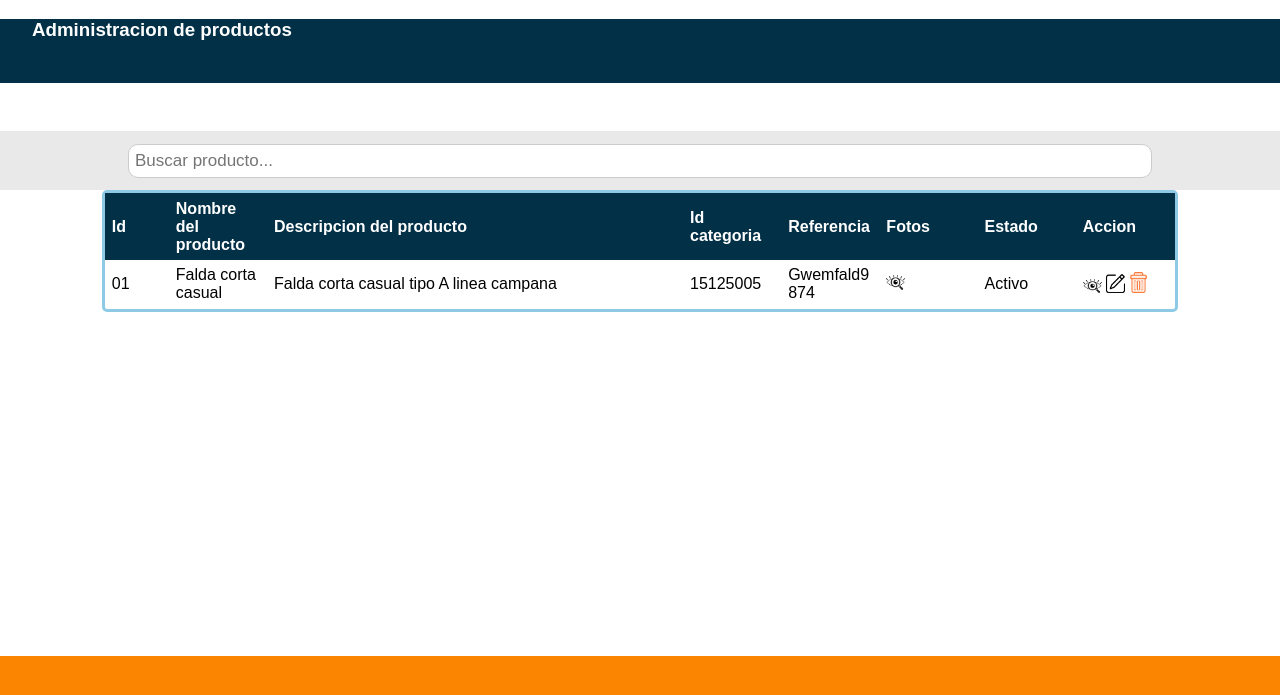
Repository: AlexanderBarona/Proyecto_Ciclo3_Mintic
Page: PaginaWeb/pages/listar_productos.html
An editor plug-in stored every save of this project. The page is shown before and after the next save, followed by the edit.
The browser window is 1280 px wide. The pictures show the whole page.

Above is the page before, as saved 2021-09-30 15:37:19.

### PaginaWeb/pages/listar_productos.html
<!DOCTYPE html>
<html>

   <head>
      <title>Administracion de productos</title>
      <link href="../css/style.css" rel="stylesheet" type="text/css">
      <link href="../css/admin_user.css" rel="stylesheet" type="text/css">
   </head>
   <body class="admin_user">
      <header>
         <h3>Administracion de productos</h3>
      </header>
      <main>
        <div class="TopBar">
            <div class="Search ">
                <input type="text" placeholder="Buscar producto...">
            </div>

        </div>

        <div class="table_principal">
            <table class="table_entity3">

              <tbody class="table_body" >

                  <tr class="table_header" >

                    <td class="table_cell center">Id</td>
                    <td class="table_cell">Nombre del producto</td>
                    <td class="table_cell">Descripcion del producto</td>
                    <td class="table_cell">Id categoria</td>
                    <td class="table_cell">Referencia</td>
                    <td class="table_cell">Fotos</td>
                    <td class="table_cell center">Estado</td>
                    <td class="table_cell center">Accion</td>

                  </tr>

                  <tr >
                    <td class="table_cell center">01</td>
                    <td class="table_cell">Falda corta casual</td>
                    <td class="table_cell ">Falda corta casual tipo A linea campana </td>
                    <td class="table_cell center">15125005</td>
                    <td class="table_cell">Gwemfald9874</td>
                    <td class="table_cell center">
                      <div class="icon_container">
                        <nav>
                          <a href="icon_table">
                            <img class="icon_cell" src="../images/IconRead.ico">
                          </a>

                        </nav>
                    </div>

                    </td>
                    <td class="table_cell center">Activo</td>
                    <td class="table_cell center">
                      <div class="icon_container">
                        <nav>
                          <a href="icon_table">
                            <img class="icon_cell" src="../images/IconRead.ico">
                          </a>
                          <a href="icon_table">
                            <img class="icon_cell" src="../images/IconUpdate.ico">
                          </a>
                          <a href="icon_table">
                            <img class="icon_cell" src="../images/IconDelete.ico">
                          </a>
                        </nav>
                    </div>

                    </td>
                  </tr>

              </tbody>
            </table>
        </div>
      </main>
      <footer>
        <div>
          <h3>Administracion de usuarios</h3>
          <h3>Administracion de usuarios</h3>
          <h3>Administracion de usuarios</h3>
        </div>
      </footer>
   </body>
</html>

### PaginaWeb/css/style.css
* {
  box-sizing: border-box;
}

body {
  margin: 0;
  font-family: Arial, Helvetica, sans-serif;
}
header {
  background-color: #023047;
  color:  white;
  padding-left:2em ;
  height:4em;
  width:100%;
  margin-bottom: 3em;

}

footer{
  background-color: #FB8500;
  color:  #FB8500;
  position:fixed;
  left:0px;
  bottom:0px;
  height:4em;
  width:100%;
}

### PaginaWeb/css/admin_user.css
/* css barra busqueda*/
@media screen and (max-width: 600px) {
  .Search a,
  .Search input[type="text"] {

    display: block;
    text-align: left;
    width: 100%;
    margin: 0 auto;
    padding: 14px;
    align-items: center;
  }
}

.admin_user .Search {
   overflow: hidden;
   background-color: #e9e9e9;
   display: block;
   width: 100%;
   text-align: center;
  }

.Search a {

    display: block;
    color: black;
    text-align: center;
    padding: 14px 16px;
    text-decoration: none;
    font-size: 17px;
  }

  .Search a:hover {
    background-color: #ddd;
    color: black;
  }

  .Search a.active {
    background-color: #9dcaf0;
    color: white;
  }

  .Search input[type="text"] {
    float: center;
    border-radius: 10px;
    border: 1px solid rgb(174, 204, 218);
    padding: 6px;
    margin-top: 1%;
    margin-right: 2%;
    margin-left: 2%;
    margin-bottom: 1%;
    font-size: 17px;
    width: 80%;
  }
  .Search input[type="text"] {
    border: 1px solid #ccc;
  }

 /* css tabla*/

  .table_entity {
    table-layout: fixed;
    width: 84%;
    margin: 0 auto;
    border-collapse: separate;
    border-spacing: 0px;
    border-radius: 5px;
    border: 3px solid #8ECAE6;

  }

  .table_entity td:first-child {
    width: 4em;
  }
  .table_entity td:nth-child(3) {
    width: 7.5em;
  }
  .table_entity td:nth-child(5) {
    width: 12em;
  }
  .table_entity td:nth-child(8) {
    width: 5em;

  }
  .table_entity td:nth-child(9) {
    width: 5em;
  }




  .table_header {
    background-color: #023047;
    color: #fff;
    font-weight:bold;
  }

  .table_entity tr:nth-child(even) {
  background-color: #ece4e4;
}

.table_entity .center {
  text-align: center;
}
/* css tabla perfiles*/
.table_entity2 {
  table-layout: fixed;
  width: 84%;
  margin: 0 auto;
  border-collapse: separate;
  border-spacing: 0px;
  border-radius: 5px;
  border: 3px solid #8ECAE6;

}

.table_entity2 td:first-child {
  width: 4em;
}

.table_entity2 td:nth-child(2) {
  width: 16em;
}


.table_entity2 td:nth-child(6) {
  width: 4.8em;

}


.table_entity2 tr:nth-child(even) {
background-color: #ece4e4;
}

.table_entity2 .center {
  text-align: center;
}

  th, td {

      word-wrap: break-word;
      padding: 0.4em;
      margin: 0em;
  }
  /* iconos */
  .icon_cell {

    height: 28%;
    width: 22%;
    margin: 0 auto 0 0;


}

.icon_container a , .icon_container a:visited {


  text-decoration: none;

}
/* css tabla productos*/

.table_entity3 {
  table-layout: fixed;
  width: 84%;
  margin: 0 auto;
  border-collapse: separate;
  border-spacing: 0px;
  border-radius: 5px;
  border: 3px solid #8ECAE6;

}
.table_entity3 td:first-child {
  width: 4em;
}

.table_entity3 td:nth-child(3) {
  width: 26em;
}
/* css checkbox */

.checkbox_container input[type="checkbox"]  {
  content: "";
  width: 2em;
  height: 2em;
  border: 4px solid #bf810f;
  float: left;
  margin: 0 auto 0 0;
  border-right: 0;
  border-top: 0;


}
.checkbox_container input[type="checkbox"]:checked   {
  content: "";
  width: 2.2em;
  height: 2.2em;
  border: 4px solid #bf810f;
  color: #bf810f;
  background-color:#bf810f ;
  float: left;
  margin: 0 auto 0 0;
  border-right: 0;
  border-top: 0;

}

After the next save:
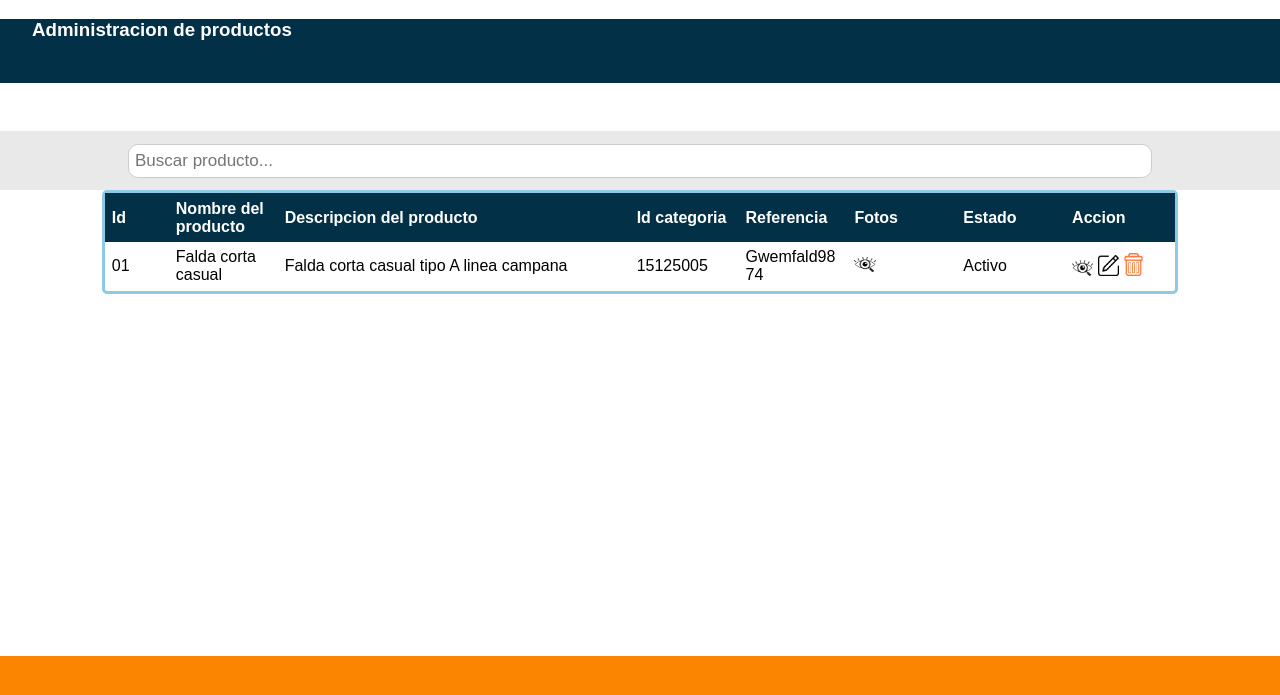
Saved 8 s later.
--- a/PaginaWeb/css/admin_user.css
+++ b/PaginaWeb/css/admin_user.css
@@ -176,7 +176,7 @@ background-color: #ece4e4;
 }
 
 .table_entity3 td:nth-child(3) {
-  width: 26em;
+  width: 22em;
 }
 /* css checkbox */
 
